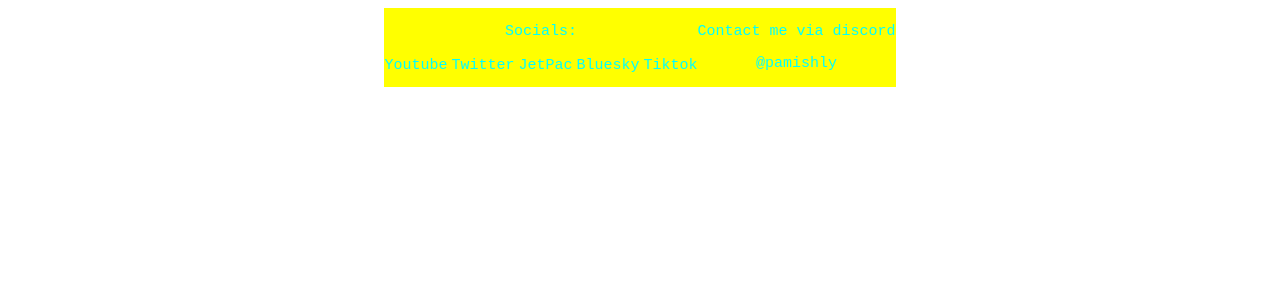
Repository: Pamishly/resources
Page: footer.html
These files come from the project's save history. The page is drawn as it stood at one moment and after the next save; the edit follows.
The browser window is 1280 px wide. The pictures show the whole page.

Above is the page before, as saved 2025-01-26 01:14:13.

After the next save:
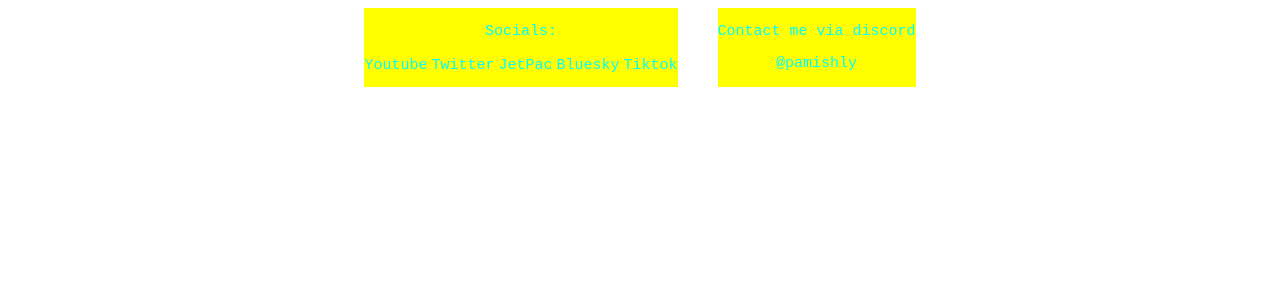
Saved 19 s later.
--- a/footer.html
+++ b/footer.html
@@ -23,6 +23,7 @@
     #container {
         display: flex;
         justify-content: center;
+        gap: 40px;
     }
     #contact {
         background: yellow;
